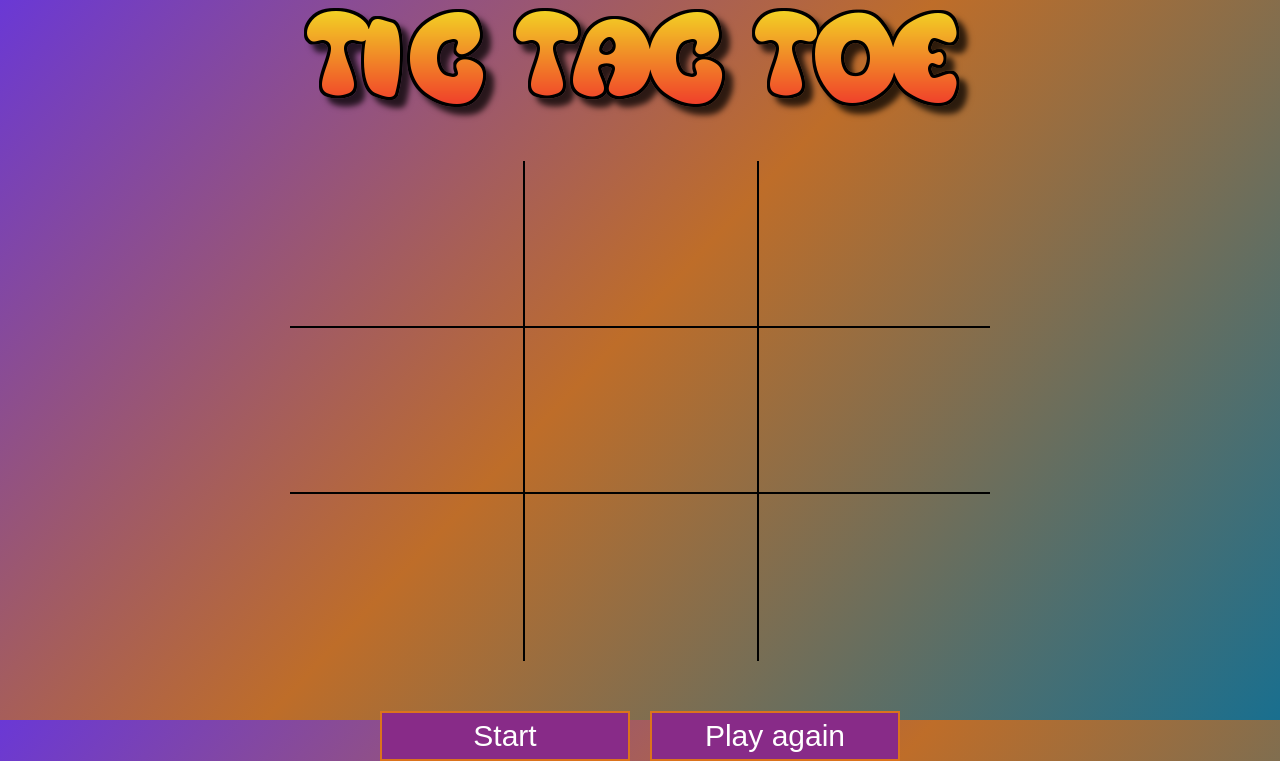
Repository: malx9/Project--5---Tic-Tac-Toe-with-AI
Page: index.html
The author's editor kept a copy of each file at every save. The page is drawn from the files as they stood at one save, then again after the next save.
The browser window is 1280 px wide. The pictures show the whole page.
Some web fonts or font styles are not loaded; a fallback is used.

Above is the page before, as saved 2023-12-25 17:48:40.

After the next save:
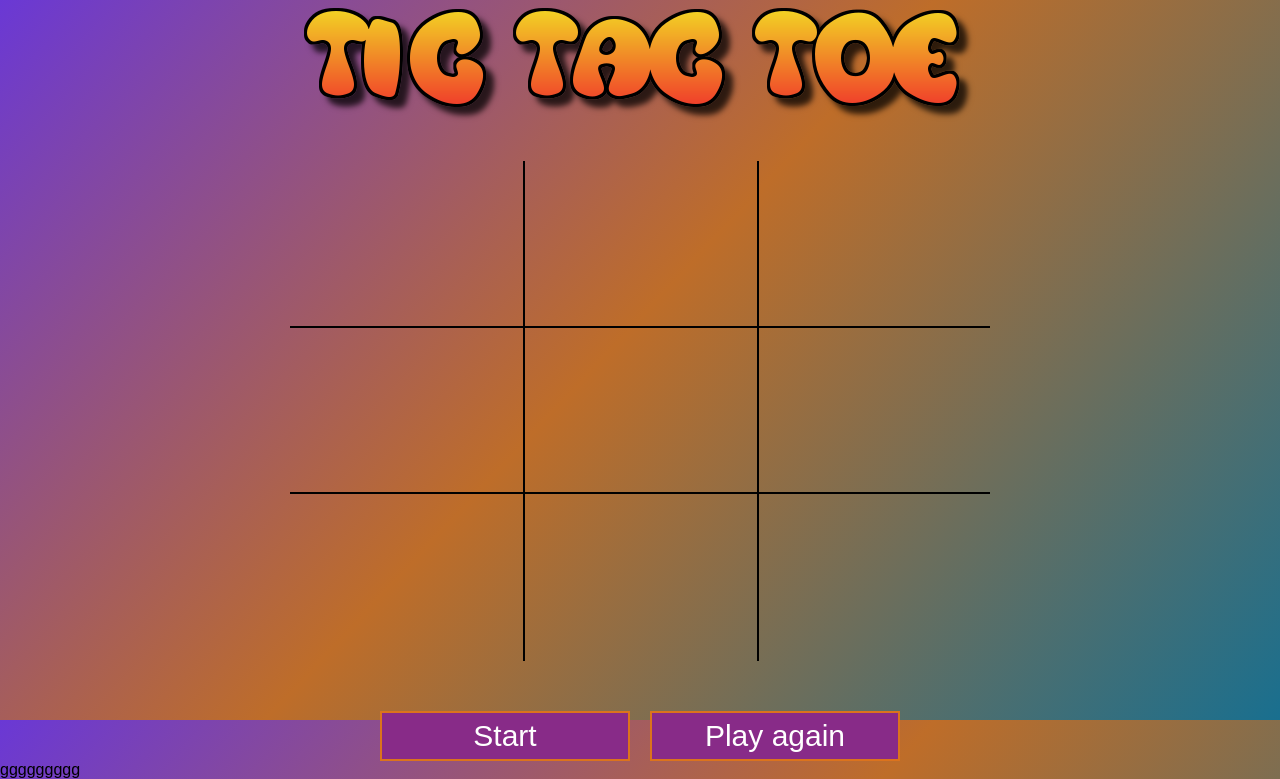
Saved 79 s later.
--- a/index.html
+++ b/index.html
@@ -31,5 +31,6 @@
         </button>
       </div>
     </main>
+    ggggggggg
   </body>
 </html>

After the save that followed:
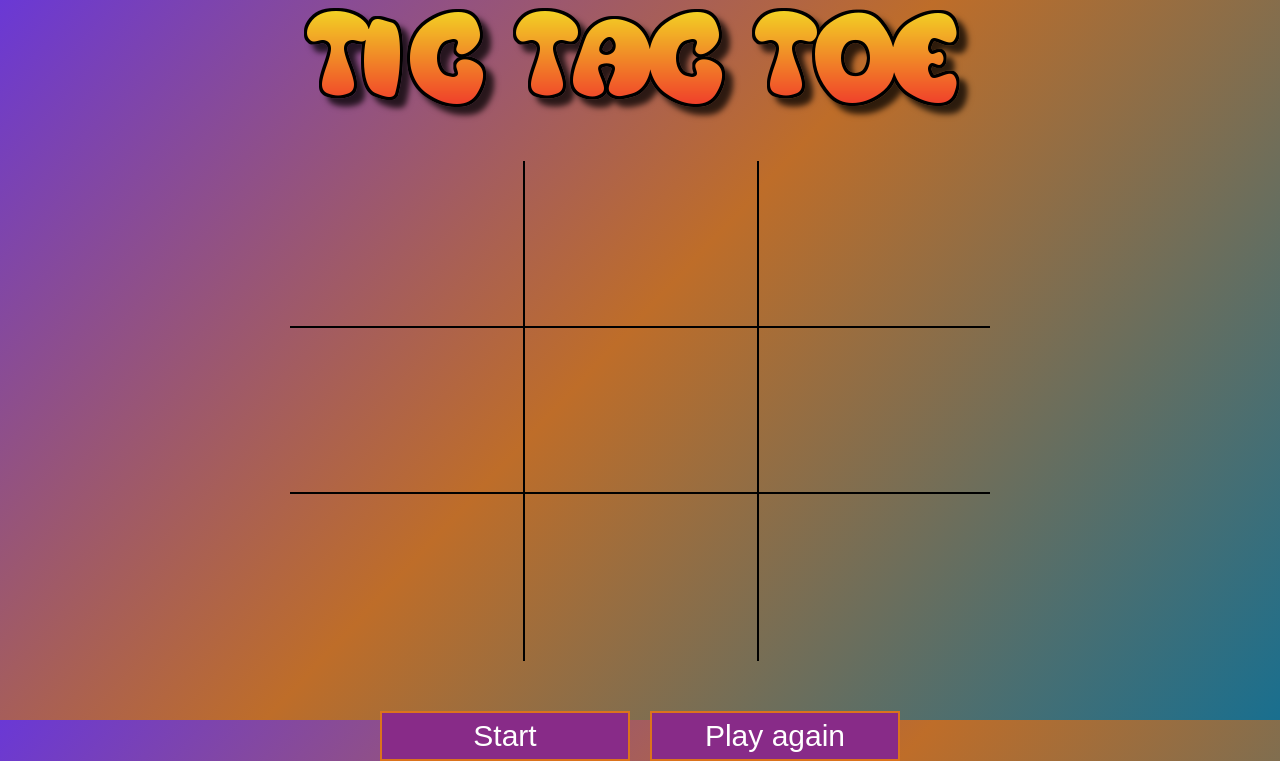
Saved 10 s later.
--- a/index.html
+++ b/index.html
@@ -31,6 +31,5 @@
         </button>
       </div>
     </main>
-    ggggggggg
   </body>
 </html>
